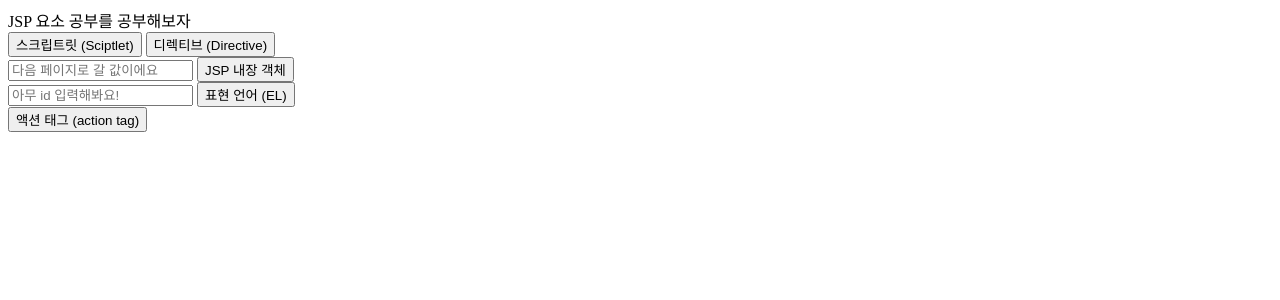
Repository: hyejux/JSP_STUDY
Page: http://localhost/JSPPractice2/index.jsp
The author's editor kept a copy of each file at every save. The page is drawn from the files as they stood at one save, then again after the next save.
The browser window is 1280 px wide. The pictures show the whole page.
The page is served by Tomcat 9. Other server files are loaded and not shown.

Above is the page before, as saved 2025-01-07 16:55:52.

### JSPPractice2/src/main/webapp/index.jsp
<%@ page language="java" contentType="text/html; charset=UTF-8"
    pageEncoding="UTF-8"%>
<%@ page import="javax.servlet.http.HttpServletRequest" %>
<%@ page import="javax.servlet.http.HttpServletResponse" %>
<!DOCTYPE html>
<html>
<head>
<meta charset="UTF-8">
<title>JSP 요소 공부 </title>
<link rel="stylesheet" type="text/css" href="css/style.css">
</head>
<body>

	<div> JSP 요소 공부를 공부해보자 </div>
<button type="button" onclick = "location.href='JSP_ex1.jsp'"> 스크립트릿 (Sciptlet) </button>
<button type="button" onclick = "location.href='JSP_ex2.jsp'"> 디렉티브 (Directive) </button>

<form action="JSP_ex3.jsp" method="post">
	<input type="text" id="name" name="name"  placeholder="다음 페이지로 갈 값이에요">
	<button type="submit" id="btn"> JSP 내장 객체 </button>
</form>

<form action="JSP_ex4.jsp" method="post">
	<input type="text" id="id" name="id"  placeholder="아무 id 입력해봐요!">
	<button type="submit" id="btn2"> 표현 언어 (EL) </button>

</form>

<button type="button" onclick = "location.href='JSP_ex5.jsp'"> 액션 태그 (action tag) </button>



<script>
 const name = document.querySelector("#name");
 const btn = document.querySelector("#btn");

 const id = document.querySelector("#id");
 const btn2 = document.querySelector("#btn2");


 btn.addEventListener('click', function() {
	 if(name.value === ""){
		 alert("값을 입력해주세요");
		 event.preventDefault();
	 } else {
	location.href='JSP_ex3.jsp';
	 }
 });

 btn2.addEventListener('click', function() {
	 if(id.value === ""){
		 alert("값을 입력해주세요");
		 event.preventDefault();
	 } else {
/* 	location.href='JSP_ex4.jsp'; */
	 }
 })

</script>

</body>
</html>

### JSPPractice2/src/main/webapp/css/style.css
.info{
	color : #2196f3;
	font-weight: bold;
}

.btn1 {
	border: 1px solid #ddd;
    color: #ffffff;
    border-radius: 10px;
    padding: 5px 10px;
    background: #03A9F4;
    margin-top: 5px;
}

.point {
	color : red;
}

After the next save:
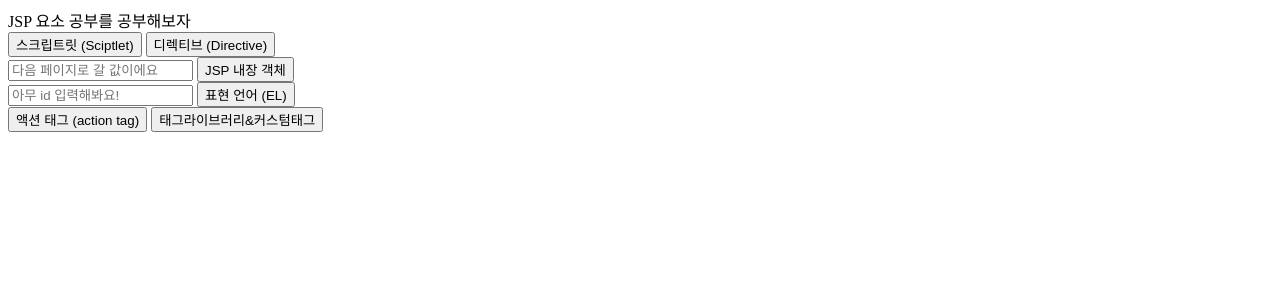
Saved 28 s later.
--- a/JSPPractice2/src/main/webapp/index.jsp
+++ b/JSPPractice2/src/main/webapp/index.jsp
@@ -27,6 +27,8 @@
 </form>
 
 <button type="button" onclick = "location.href='JSP_ex5.jsp'"> 액션 태그 (action tag) </button>
+
+<button type="button" onclick = "location.href='JSP_ex6.jsp'"> 태그라이브러리&커스텀태그 </button>
 
 
 
